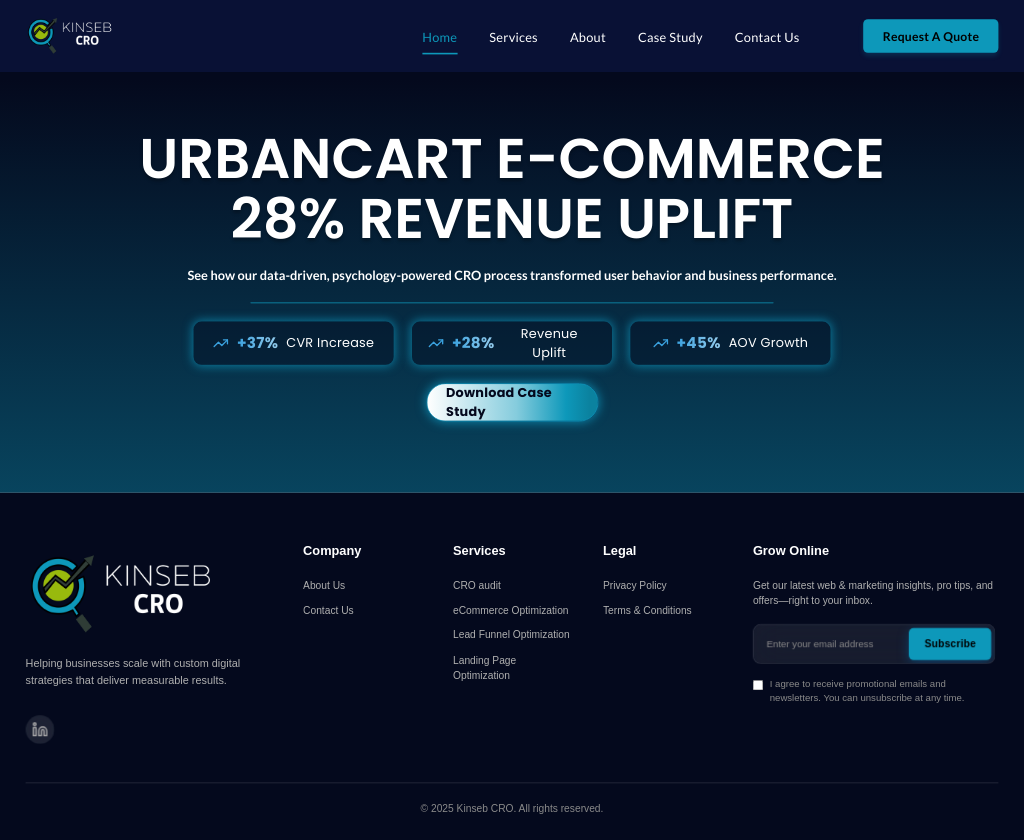
Repository: YahyaK01/kinseb
Page: /case-study/e-commerce-revenue-uplift-through-testing
The author's editor kept a copy of each file at every save. The page is drawn from the files as they stood at one save, then again after the next save.
The browser window is 1280 px wide. The pictures show the whole page, at 80% of full size.
The project was rebuilt for these pictures with package versions that can differ from the ones it lists, and the page was loaded fresh each time. Also part of the build but not shown: src/components/FAQ.js, src/components/CTA.jsx, src/components/MetricsSection.jsx, src/components/WhyCROMatter.jsx, src/components/Processsection.jsx, src/components/Hero.jsx, src/components/marquee.jsx, src/components/CEO.jsx and 29 more.

Above is the page before, as saved 2025-12-12 00:27:41.

### public/index.html
<!DOCTYPE html>
<html lang="en">
  <head>
    <meta charset="utf-8" />
    <link rel="icon" href="/images/website-logo.png" />
    <meta name="viewport" content="width=device-width, initial-scale=1" />
    <meta name="theme-color" content="#000000" />
    <meta
      name="description"
      content="Kinseb CRO - Your trusted partner for Conversion Rate Optimization. We specialize in data-driven CRO strategies, A/B testing, user experience optimization, and conversion funnel analysis to maximize your website's performance and ROI."
    />
    <meta name="keywords" content="conversion rate optimization, CRO services, A/B testing, conversion funnel optimization, user experience optimization, website optimization, Kinseb CRO, landing page optimization, conversion strategy, increase conversions" />
    <meta name="author" content="Kinseb CRO" />
    <meta property="og:title" content="Kinseb CRO - Conversion Rate Optimization Experts" />
    <meta property="og:description" content="Your trusted partner for data-driven Conversion Rate Optimization. We help businesses maximize their website conversions through strategic testing and optimization." />
    <meta property="og:image" content="/images/website-logo.png" />
    <meta property="og:type" content="website" />
    <meta name="twitter:card" content="summary_large_image" />
    <meta name="twitter:title" content="Kinseb CRO - Conversion Rate Optimization Experts" />
    <meta name="twitter:description" content="Your trusted partner for data-driven Conversion Rate Optimization. Turn more visitors into customers with strategic testing and optimization." />
    <meta name="twitter:image" content="/images/logo.png" />
    <link rel="apple-touch-icon" href="/images/logo.png" />

    <!-- Preconnect to Google Fonts (speeds up font loading) -->
    <link rel="preconnect" href="https://fonts.googleapis.com">
    <link rel="preconnect" href="https://fonts.gstatic.com" crossorigin>

    <!-- Async load fonts (non-blocking - won't delay page render) -->
    <link rel="preload" as="style" href="https://fonts.googleapis.com/css2?family=Poppins:wght@300;400;500;600;700&display=swap" onload="this.onload=null;this.rel='stylesheet'">
    <link rel="preload" as="style" href="https://fonts.googleapis.com/css2?family=Lato:wght@100;300;400;700;900&display=swap" onload="this.onload=null;this.rel='stylesheet'">

    <!-- Fallback for browsers without JavaScript -->
    <noscript>
      <link rel="stylesheet" href="https://fonts.googleapis.com/css2?family=Poppins:wght@300;400;500;600;700&display=swap">
      <link rel="stylesheet" href="https://fonts.googleapis.com/css2?family=Lato:wght@100;300;400;700;900&display=swap">
    </noscript>

    <!--
      manifest.json provides metadata used when your web app is installed on a
      user's mobile device or desktop. See https://developers.google.com/web/fundamentals/web-app-manifest/
    -->
    <link rel="manifest" href="%PUBLIC_URL%/manifest.json" />
    <!--
      Notice the use of %PUBLIC_URL% in the tags above.
      It will be replaced with the URL of the `public` folder during the build.
      Only files inside the `public` folder can be referenced from the HTML.

      Unlike "/favicon.ico" or "favicon.ico", "%PUBLIC_URL%/favicon.ico" will
      work correctly both with client-side routing and a non-root public URL.
      Learn how to configure a non-root public URL by running `npm run build`.
    -->
    <title>Kinseb CRO - Conversion Rate Optimization Experts</title>
  </head>
  <body>
    <noscript>You need to enable JavaScript to run this app.</noscript>
    <div id="root"></div>
    <!--
      This HTML file is a template.
      If you open it directly in the browser, you will see an empty page.

      You can add webfonts, meta tags, or analytics to this file.
      The build step will place the bundled scripts into the <body> tag.

      To begin the development, run `npm start` or `yarn start`.
      To create a production bundle, use `npm run build` or `yarn build`.
    -->
  </body>
</html>

### src/Pages/CaseStudyDetaiPage.js
import React from 'react';
import { useParams } from 'react-router-dom';
import CaseStudyHero from '../components/CaseStudyHero';

const CaseStudyDetailPage = () => {
  const { slug } = useParams(); // Changed from 'id' to 'slug'

  return (
    <div style={{ width: '100%' }}>
      <CaseStudyHero slug={slug} />

      {/* Add more sections here as you build them */}
      {/* <CaseStudyContent slug={slug} /> */}
      {/* <CaseStudyResults slug={slug} /> */}
      {/* <CaseStudyTestimonial slug={slug} /> */}
    </div>
  );
};

export default CaseStudyDetailPage;

### src/components/CaseStudyOutcomes.jsx
import React, { useState, useEffect, useRef } from 'react';

const CaseStudyOutcomes = ({ slug }) => {
  const [isLoaded, setIsLoaded] = useState(false);
  const [windowWidth, setWindowWidth] = useState(window.innerWidth);
  const componentRef = useRef(null);

  // Outcomes data array - each case study has its own outcomes
  const outcomesData = [
    {
      id: 1,
      slug: 'personalization-engine-transforms-user-experience',
      outcomes: [
        {
          number: '+37%',
          heading: 'Conversion Rate',
          description: 'Significant increase in overall conversion through personalized experiences'
        },
        {
          number: '+28%',
          heading: 'Revenue Growth',
          description: 'Direct revenue impact from optimized user journeys and CTAs'
        },
        {
          number: '+45%',
          heading: 'AOV Increase',
          description: 'Average order value boost through strategic upselling tactics'
        },
        {
          number: '2.3x',
          heading: 'ROI Multiple',
          description: 'Return on investment achieved within first quarter of implementation'
        }
      ]
    },
    {
      id: 2,
      slug: 'e-commerce-revenue-uplift-through-testing',
      outcomes: [
        {
          number: '+52%',
          heading: 'Lead Generation',
          description: 'Dramatic increase in qualified leads through funnel optimization'
        },
        {
          number: '+41%',
          heading: 'Engagement Rate',
          description: 'Higher user engagement across all touchpoints and channels'
        },
        {
          number: '+33%',
          heading: 'Time on Site',
          description: 'Extended session duration indicating improved content relevance'
        },
        {
          number: '3.2x',
          heading: 'Click-Through',
          description: 'Multiplied CTR through A/B tested design variations'
        }
      ]
    },
    {
      id: 3,
      slug: 'saas-lead-generation-conversion-breakthrough',
      outcomes: [
        {
          number: '+200%',
          heading: 'Lead Quality',
          description: 'Triple the qualified leads through refined targeting strategies'
        },
        {
          number: '+65%',
          heading: 'Form Completion',
          description: 'Reduced friction leading to higher form submission rates'
        },
        {
          number: '+89%',
          heading: 'Demo Requests',
          description: 'Increased product demo bookings from improved messaging'
        },
        {
          number: '4.1x',
          heading: 'Pipeline Value',
          description: 'Enhanced sales pipeline value through quality lead generation'
        }
      ]
    },
    {
      id: 4,
      slug: 'fashion-retailer-cart-abandonment-solution',
      outcomes: [
        {
          number: '+48%',
          heading: 'Checkout Rate',
          description: 'Streamlined checkout process reducing abandonment friction'
        },
        {
          number: '+35%',
          heading: 'Cart Recovery',
          description: 'Effective recovery campaigns bringing back lost customers'
        },
        {
          number: '+58%',
          heading: 'Repeat Purchase',
          description: 'Customer loyalty increase through optimized post-purchase flow'
        },
        {
          number: '2.8x',
          heading: 'Customer LTV',
          description: 'Lifetime value growth from retention optimization strategies'
        }
      ]
    },
    {
      id: 5,
      slug: 'mobile-app-engagement-revolution',
      outcomes: [
        {
          number: '+120%',
          heading: 'User Retention',
          description: 'Doubled retention through gamification and personalization'
        },
        {
          number: '+78%',
          heading: 'Session Length',
          description: 'Extended app usage time indicating higher engagement'
        },
        {
          number: '+92%',
          heading: 'Feature Adoption',
          description: 'Increased usage of key app features through better onboarding'
        },
        {
          number: '5.2x',
          heading: 'Daily Active Users',
          description: 'Multiplied DAU through improved mobile experience'
        }
      ]
    },
    {
      id: 6,
      slug: 'enterprise-pipeline-growth-strategy',
      outcomes: [
        {
          number: '+156%',
          heading: 'MQL Volume',
          description: 'Marketing qualified leads surge through multi-channel strategy'
        },
        {
          number: '+87%',
          heading: 'SQL Quality',
          description: 'Sales qualified leads improvement via better qualification'
        },
        {
          number: '+43%',
          heading: 'Close Rate',
          description: 'Higher conversion rate from SQL to closed-won deals'
        },
        {
          number: '6.3x',
          heading: 'Pipeline ROI',
          description: 'Return on marketing investment across all channels'
        }
      ]
    }
  ];

  // Find the current case study outcomes by slug
  const currentOutcomes = outcomesData.find(data => data.slug === slug) || outcomesData[0];

  useEffect(() => {
    const handleResize = () => {
      setWindowWidth(window.innerWidth);
    };
    window.addEventListener('resize', handleResize);
    return () => window.removeEventListener('resize', handleResize);
  }, []);

  useEffect(() => {
    const observer = new IntersectionObserver(
      (entries) => {
        entries.forEach((entry) => {
          if (entry.isIntersecting) {
            setIsLoaded(true);
          }
        });
      },
      { threshold: 0.1 }
    );

    if (componentRef.current) {
      observer.observe(componentRef.current);
    }

    return () => {
      if (componentRef.current) {
        observer.unobserve(componentRef.current);
      }
    };
  }, []);

  return (
    <div ref={componentRef} style={{
      display: 'flex',
      flexDirection: 'column',
      justifyContent: 'center',
      alignItems: 'center',
      padding: windowWidth <= 768 ? '40px 20px' : '60px 20px',
      gap: '10px',
      width: '100%',
      background: '#0a1628',
      fontFamily: "'Poppins', sans-serif"
    }}>
      {/* Main Card Container */}
      <div style={{
        display: 'flex',
        flexDirection: windowWidth <= 1024 ? 'column' : 'row',
        justifyContent: 'space-between',
        alignItems: 'center',
        padding: windowWidth <= 768 ? '30px 20px' : '40px',
        gap: windowWidth <= 768 ? '40px' : '78px',
        width: '100%',
        maxWidth: '1236px',
        background: '#041629',
        boxShadow: '0px 0px 15px #98BA0D',
        borderRadius: '20px',
        opacity: isLoaded ? 1 : 0,
        transform: isLoaded ? 'translateY(0)' : 'translateY(30px)',
        transition: 'opacity 0.8s ease-out, transform 0.8s ease-out'
      }}>
        {currentOutcomes.outcomes.map((outcome, index) => (
          <div key={index} style={{
            display: 'flex',
            flexDirection: 'column',
            justifyContent: 'center',
            alignItems: 'center',
            padding: '0px',
            gap: '15px',
            margin: '0 auto',
            width: windowWidth <= 768 ? '100%' : '267px',
            maxWidth: '267px',
            opacity: isLoaded ? 1 : 0,
            transform: isLoaded ? 'translateY(0)' : 'translateY(20px)',
            transition: `opacity 0.8s ease-out ${0.2 + index * 0.15}s, transform 0.8s ease-out ${0.2 + index * 0.15}s`
          }}>
            {/* Number */}
            <div style={{
              width: '100%',
              fontFamily: "'Inter', sans-serif",
              fontWeight: 600,
              fontSize: windowWidth <= 768 ? '40px' : '50px',
              lineHeight: windowWidth <= 768 ? '50px' : '61px',
              textAlign: 'center',
              letterSpacing: '-0.02em',
              background: 'linear-gradient(263.69deg, #FFFFFF -108.11%, #3AA1DE 98.19%)',
              WebkitBackgroundClip: 'text',
              WebkitTextFillColor: 'transparent',
              backgroundClip: 'text'
            }}>
              {outcome.number}
            </div>

            {/* Heading and Description Container */}
            <div style={{
              display: 'flex',
              flexDirection: 'column',
              justifyContent: 'center',
              alignItems: 'center',
              padding: '0px',
              gap: '6px',
              width: '100%'
            }}>
              {/* Heading */}
              <div style={{
                width: '100%',
                fontFamily: "'Poppins', sans-serif",
                fontWeight: 600,
                fontSize: '18px',
                lineHeight: '150%',
                textAlign: 'center',
                letterSpacing: '-0.006em',
                background: 'linear-gradient(263.69deg, #FFFFFF -108.11%, #3AA1DE 98.19%)',
                WebkitBackgroundClip: 'text',
                WebkitTextFillColor: 'transparent',
                backgroundClip: 'text'
              }}>
                {outcome.heading}
              </div>

              {/* Description */}
              <div style={{
                width: '100%',
                fontFamily: "'Lato', sans-serif",
                fontWeight: 400,
                fontSize: '15px',
                lineHeight: '24px',
                textAlign: 'center',
                color: '#FFFFFF'
              }}>
                {outcome.description}
              </div>
            </div>
          </div>
        ))}
      </div>
    </div>
  );
};

export default CaseStudyOutcomes;

Loaded but not shown: src/index.js (common file); src/index.css (common file); src/reportWebVitals.js (common file); src/components/Footer.js (596 lines, source omitted); src/App.js (29 lines, source omitted); src/components/Navbar.jsx (1589 lines, source omitted); src/components/CaseStudyHero.jsx (314 lines, source omitted)

After the next save:
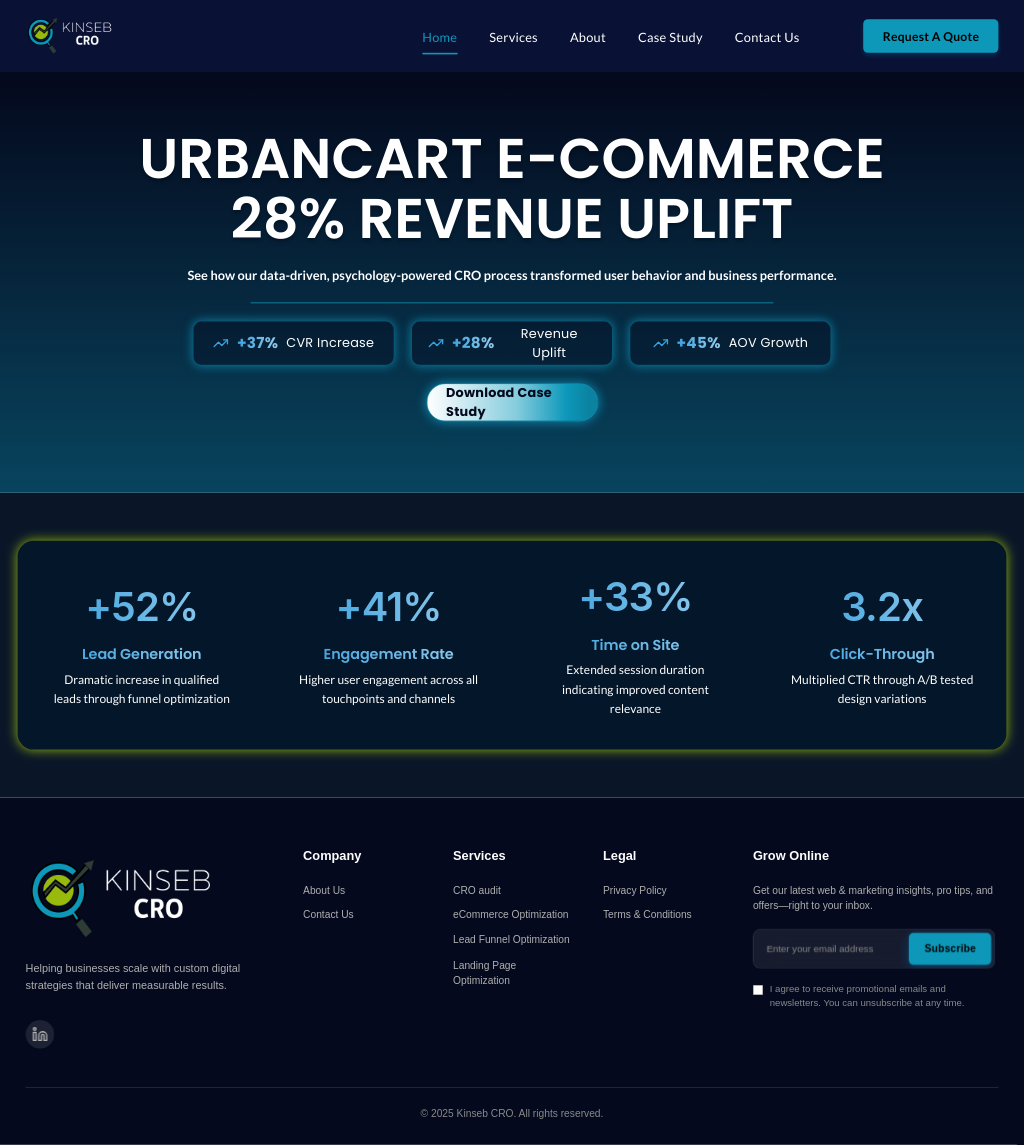
Saved 9 s later.
--- a/src/Pages/CaseStudyDetaiPage.js
+++ b/src/Pages/CaseStudyDetaiPage.js
@@ -1,13 +1,15 @@
 import React from 'react';
 import { useParams } from 'react-router-dom';
 import CaseStudyHero from '../components/CaseStudyHero';
+import CaseStudyOutcomes from '../components/CaseStudyOutcomes';
 
 const CaseStudyDetailPage = () => {
-  const { slug } = useParams(); // Changed from 'id' to 'slug'
+  const { slug } = useParams();
 
   return (
     <div style={{ width: '100%' }}>
       <CaseStudyHero slug={slug} />
+      <CaseStudyOutcomes slug={slug} />
 
       {/* Add more sections here as you build them */}
       {/* <CaseStudyContent slug={slug} /> */}
